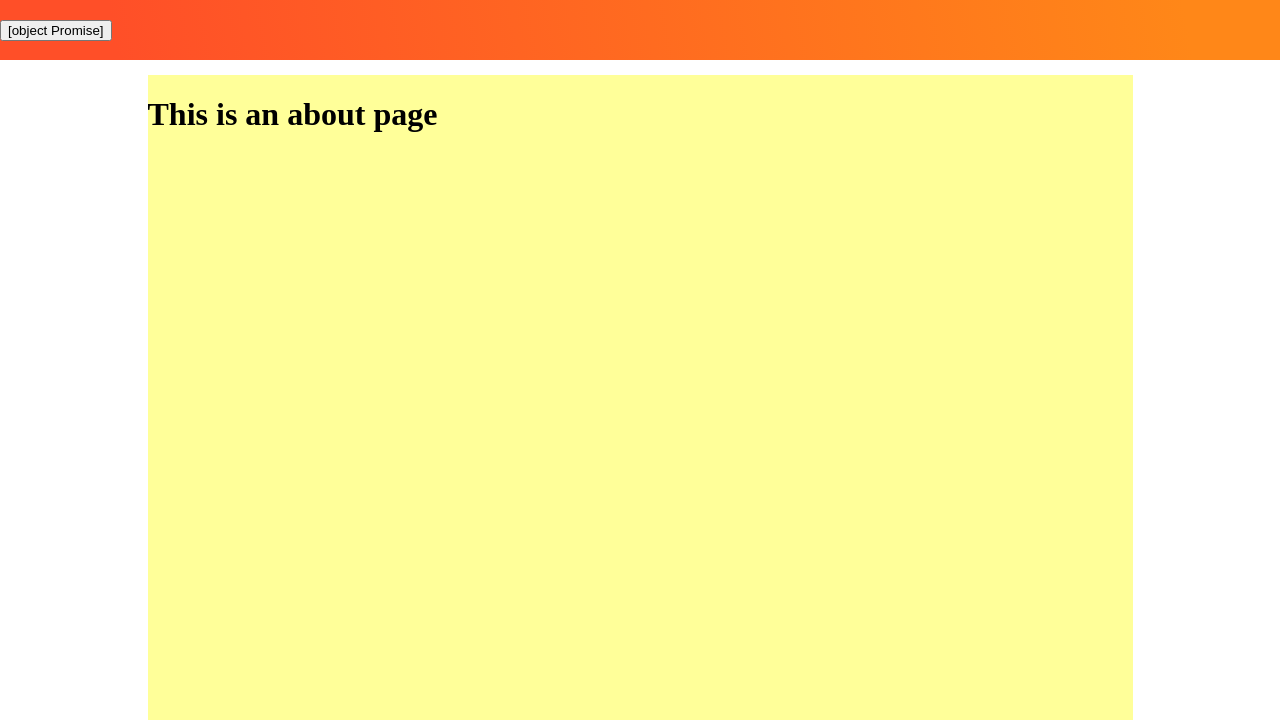
Repository: OZ1245/alizka
Page: /about
These files come from the project's save history. The page is drawn as it stood at one moment and after the next save; the edit follows.
The browser window is 1280 px wide. The pictures show the whole page.
The project was rebuilt for these pictures with package versions that can differ from the ones it lists, and the page was loaded fresh each time. Also part of the build but not shown: vue.config.js.

Above is the page before, as saved 2022-12-03 16:58:49.

After the next save:
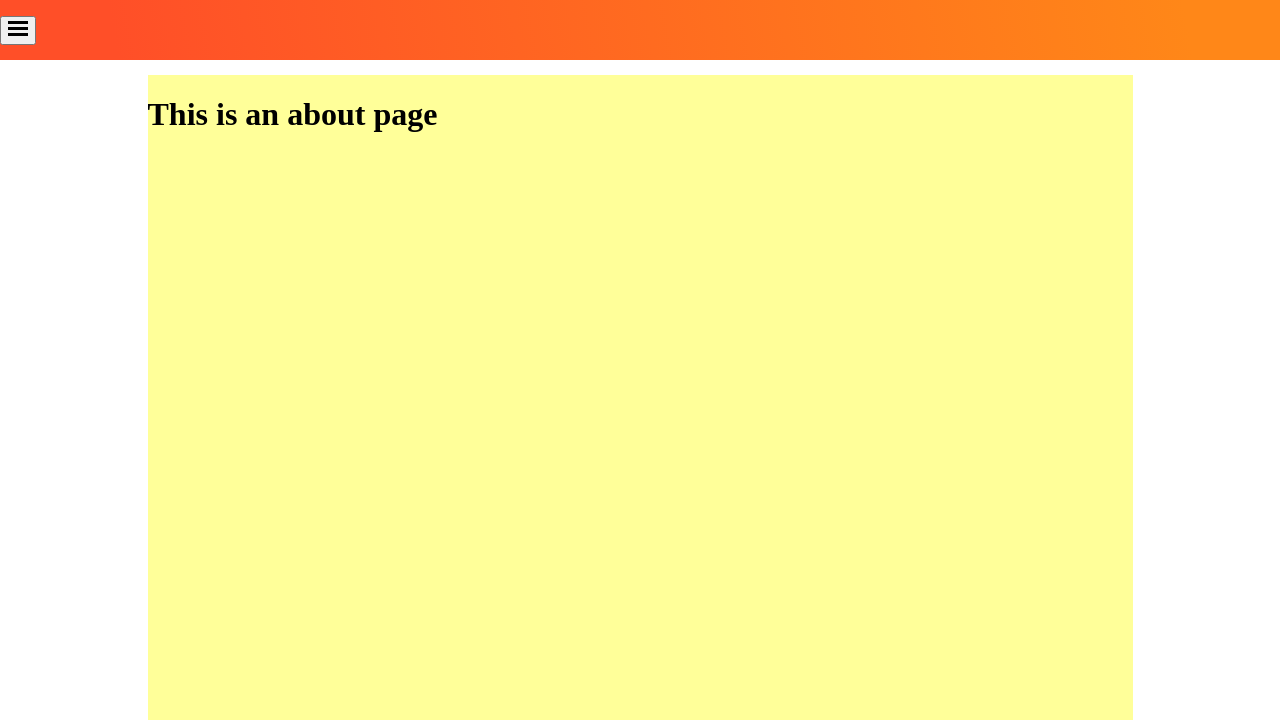
Saved 2 min 35 s later.
--- a/src/components/ui/icons/Icons.vue
+++ b/src/components/ui/icons/Icons.vue
@@ -9,11 +9,13 @@
 </template>
 
 <script>
+import BurgerIcon from './BurgerIcon.vue'
+
 export default {
   name: 'Icon',
 
   components: {
-    BurgerIcon: () => import('./BurgerIcon.vue')
+    BurgerIcon
   },
 
   props: {
